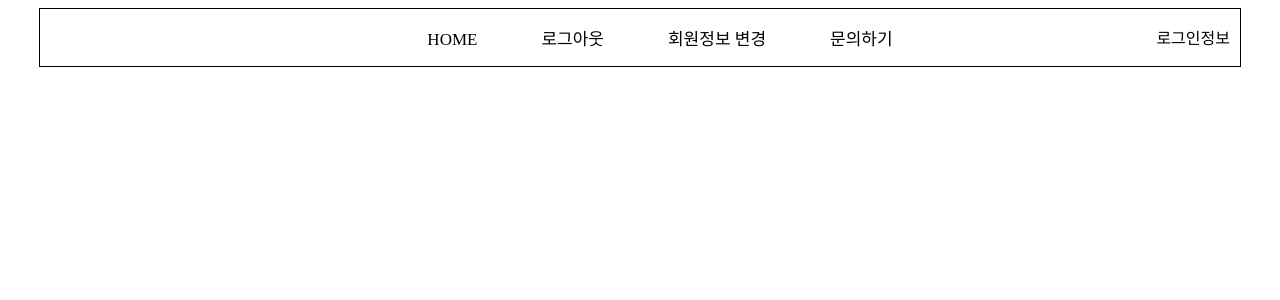
Repository: ceooyh/JSP
Page: http://localhost/memberProject/template/header2.jsp
An editor plug-in stored every save of this project. The page is shown before and after the next save, followed by the edit.
The browser window is 1280 px wide. The pictures show the whole page.
The page is served by Tomcat 9. Other server files are loaded and not shown.

Above is the page before, as saved 2020-12-30 07:50:53.

### memberProject/WebContent/template/header2.jsp
<%@ page language="java" contentType="text/html; charset=UTF-8"
    pageEncoding="UTF-8"%>
<style>
	nav {
		width:1200px;
		margin:0 auto;/* 가운데 정렬  */
		border:1px solid black;
		text-align: center;
	}
	ul{
		list-style-type: none;
		height: auto;
		display: inline-block;
	}
	li{
		display: inline-block;
	}
	#menu_bar a:link,#menu_bar a:visited {
		color:black;
		text-decoration: none;
		font-size: 17px;
		text-align: center;
		padding: 20px 30px;
	}
	ul>li:last-child {
		position: absolute;
		right: 50px;
	}
</style>
<nav id="menu_bar">
	<ul>
		<li><a href="main.jsp">HOME</a></li>
		<li><a href="logout.jsp">로그아웃</a></li>
		<li><a href="#">회원정보 변경</a></li>
		<li><a href="#">문의하기</a></li>
		<li>로그인정보</li>
	</ul>
</nav>

After the next save:
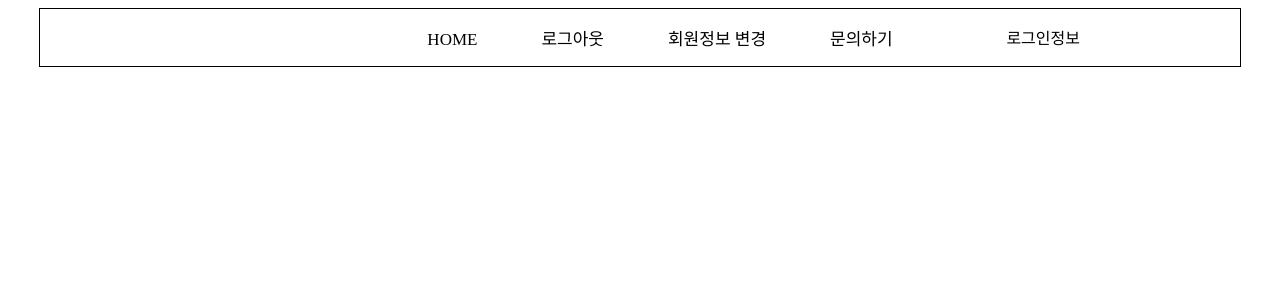
Saved 5 s later.
--- a/memberProject/WebContent/template/header2.jsp
+++ b/memberProject/WebContent/template/header2.jsp
@@ -24,7 +24,7 @@
 	}
 	ul>li:last-child {
 		position: absolute;
-		right: 50px;
+		right: 200px;
 	}
 </style>
 <nav id="menu_bar">
